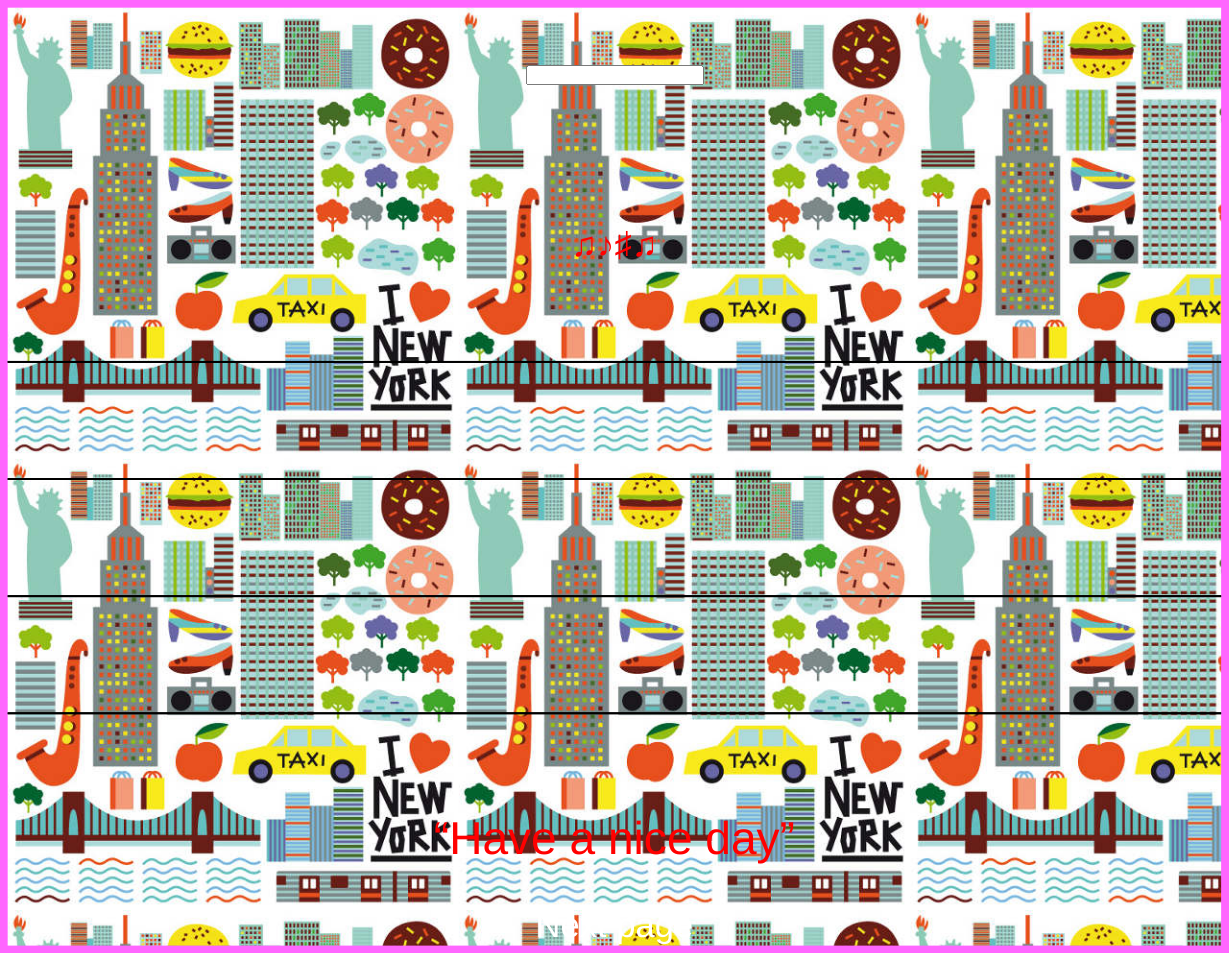
Repository: jangj879/jangj879.github.io
Page: 3_page.html
The author's editor kept a record of every edit. The page is drawn from the files as they stood at one moment, then again after the next edit.
The browser window is 1280 px wide. The pictures show the whole page, at 96% of full size.

Above is the page before.

After the next edit:
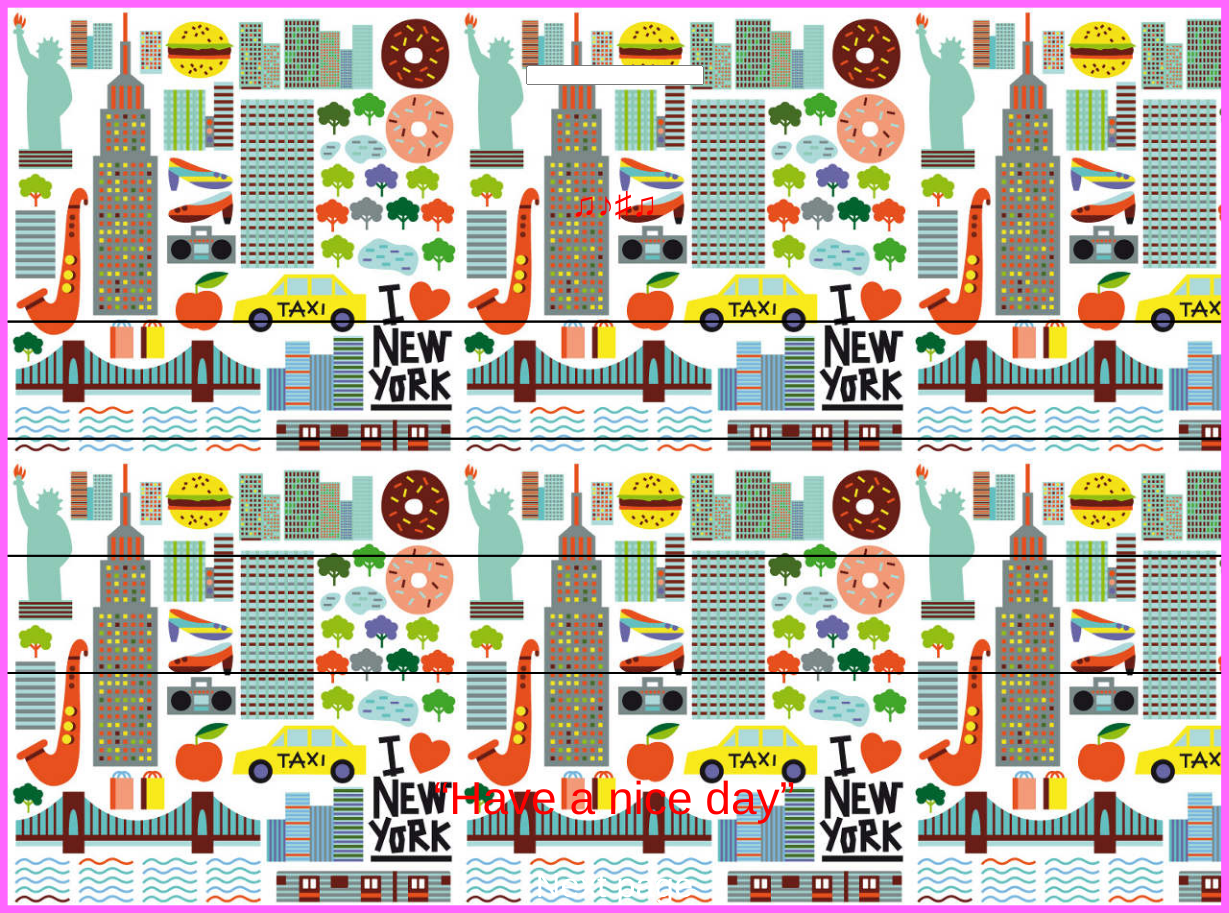
The edit:
--- a/3_page.html
+++ b/3_page.html
@@ -47,7 +47,7 @@
 <br>
 
     <input type=text></input>
-    <br></br>
+    </br>
 
 
     <P>&#9835;&#9834;&#9839;&#9835;</P>
